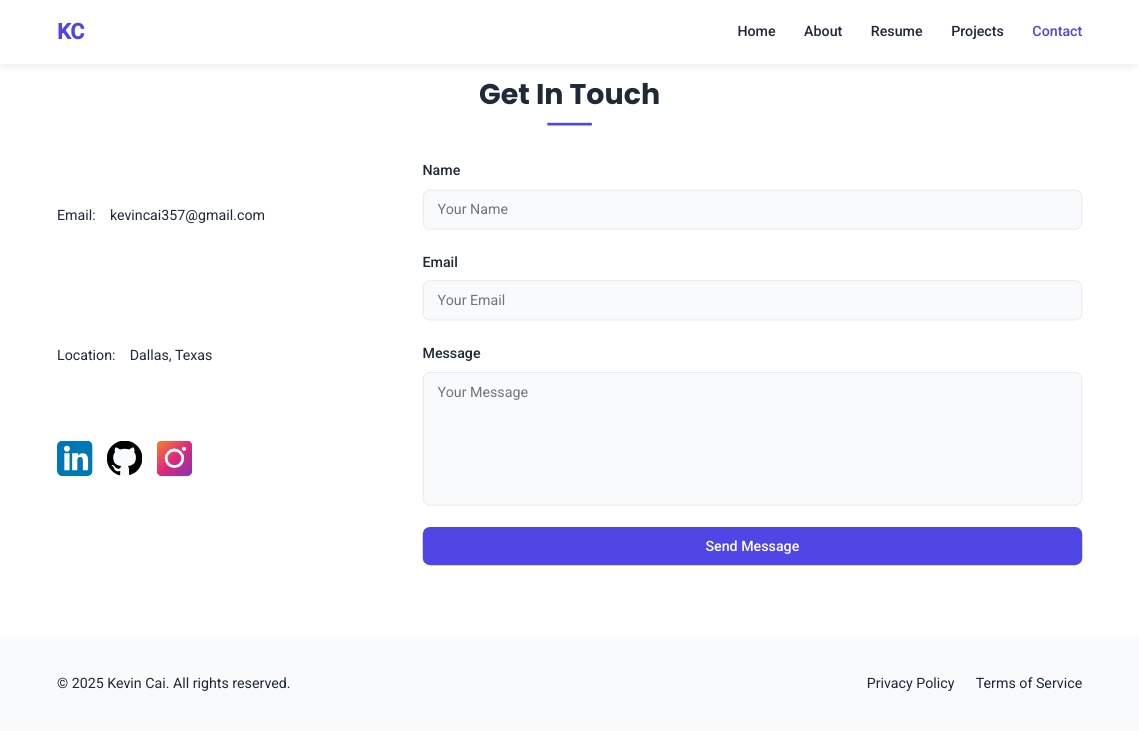
Repository: itskevbo/E-Portfolio
Page: pages/contact.html
An editor plug-in stored every save of this project. The page is shown before and after the next save, followed by the edit.
The browser window is 1280 px wide. The pictures show the whole page, at 89% of full size.

Above is the page before, as saved 2025-04-22 22:53:12.

### pages/contact.html
<!DOCTYPE html>
<html lang="en">
<head>
    <meta charset="UTF-8">
    <meta name="viewport" content="width=device-width, initial-scale=1.0">
    <title>Kevin Cai | Contact</title>
    <meta name="description" content="Get in touch with Kevin Cai">

    <!-- Favicon -->
    <link rel="icon" href="../assets/images/favicon.ico">

    <!-- CSS -->
    <link rel="stylesheet" href="../styles/main.css">

    <!-- Google Fonts -->
    <link rel="preconnect" href="https://fonts.googleapis.com">
    <link rel="preconnect" href="https://fonts.gstatic.com" crossorigin>
    <link href="https://fonts.googleapis.com/css2?family=Poppins:wght@300;400;500;700&family=Roboto:wght@400;500&display=swap" rel="stylesheet">
</head>
<body>
    <!-- Header Component -->
    <header class="header" id="header">
        <div class="container">
            <div class="header__logo">
                <a href="../index.html" class="logo">KC</a>
            </div>

            <nav class="header__nav" id="nav-menu">
                <ul class="header__nav-list">
                    <li class="header__nav-item"><a href="../index.html" class="header__nav-link">Home</a></li>
                    <li class="header__nav-item"><a href="about.html" class="header__nav-link">About</a></li>
                    <li class="header__nav-item"><a href="resume.html" class="header__nav-link">Resume</a></li>
                    <li class="header__nav-item"><a href="projects.html" class="header__nav-link">Projects</a></li>
                    <li class="header__nav-item"><a href="contact.html" class="header__nav-link active">Contact</a></li>
                </ul>

                <div class="header__nav-toggle" id="nav-toggle">
                    <span></span>
                    <span></span>
                    <span></span>
                </div>
            </nav>
        </div>
    </header>

    <main>
        <!-- Contact Section Component -->
        <section class="contact section" id="contact">
            <div class="container">
                <h2 class="section__title">Get In Touch</h2>
                <div class="contact__content">
                    <div class="contact__info">
                        <div class="contact__info-item">
                            <span class="icon">Email:</span>
                            <a href="mailto:kevincai357@gmail.com">kevincai357@gmail.com</a>
                        </div>
                        <div class="contact__info-item">
                            <span class="icon">Location:</span>
                            <span>Dallas, Texas</span>
                        </div>
                        <div class="contact__social">
                            <a href="https://www.linkedin.com/in/kevincai357/" class="contact__social-link" target="_blank">
                                <img src="../assets/icons/linkedin.svg" alt="LinkedIn" class="contact__social-icon">
                            </a>
                            <a href="https://github.com/itskevbo" class="contact__social-link" target="_blank">
                                <img src="../assets/icons/github.svg" alt="GitHub" class="contact__social-icon">
                            </a>
                            <a href="#" class="contact__social-link" target="_blank">
                                <img src="../assets/icons/instagram.svg" alt="Instagram" class="contact__social-icon">
                            </a>
                        </div>
                    </div>
                    <form class="contact__form" id="contact-form">
                        <div class="form-group">
                            <label for="name">Name</label>
                            <input type="text" id="name" name="name" placeholder="Your Name" required>
                        </div>
                        <div class="form-group">
                            <label for="email">Email</label>
                            <input type="email" id="email" name="email" placeholder="Your Email" required>
                        </div>
                        <div class="form-group">
                            <label for="message">Message</label>
                            <textarea id="message" name="message" placeholder="Your Message" required></textarea>
                        </div>
                        <button type="submit" class="btn btn-primary">Send Message</button>
                    </form>
                </div>
            </div>
        </section>
    </main>

    <!-- Footer Component -->
    <footer class="footer">
        <div class="container">
            <div class="footer__content">
                <p>&copy; 2025 Kevin Cai. All rights reserved.</p>
                <div class="footer__links">
                    <a href="#" class="footer__link">Privacy Policy</a>
                    <a href="#" class="footer__link">Terms of Service</a>
                </div>
            </div>
        </div>
    </footer>

    <!-- JS -->
    <script src="../scripts/main.js"></script>
</body>
</html>

### styles/main.css
/*=============== VARIABLES ===============*/
:root {
    /* Colors */
    --primary-color: #4f46e5;
    --primary-color-alt: #2f24a5;
    --secondary-color: #3b82f6;
    --accent-color: #8b5cf6;
    --text-color: #1f2937;
    --text-color-light: #6b7280;
    --body-color: #ffffff;
    --container-color: #f9fafb;
    --border-color: #e5e7eb;
    --success-color: #10b981;
    --error-color: #ef4444;

    /* Typography */
    --body-font: 'Roboto', sans-serif;
    --heading-font: 'Poppins', sans-serif;
    --h1-font-size: 2.5rem;
    --h2-font-size: 2rem;
    --h3-font-size: 1.5rem;
    --normal-font-size: 1rem;
    --small-font-size: 0.875rem;
    --smaller-font-size: 0.75rem;

    /* Font weights */
    --font-light: 300;
    --font-regular: 400;
    --font-medium: 500;
    --font-bold: 700;

    /* Z-index */
    --z-tooltip: 10;
    --z-fixed: 100;

    /* Transitions */
    --transition: all 0.3s ease;
}

/*=============== BASE ===============*/
* {
    margin: 0;
    padding: 0;
    box-sizing: border-box;
}

html {
    scroll-behavior: smooth;
}

body {
    font-family: var(--body-font);
    font-size: var(--normal-font-size);
    color: var(--text-color);
    background-color: var(--body-color);
    line-height: 1.6;
}

h1, h2, h3 {
    font-family: var(--heading-font);
    font-weight: var(--font-bold);
    color: var(--text-color);
}

ul {
    list-style: none;
}

a {
    text-decoration: none;
    color: var(--text-color);
    transition: var(--transition);
}

a:hover {
    color: var(--primary-color);
}

img {
    max-width: 100%;
    height: auto;
}

button,
input,
textarea {
    font-family: var(--body-font);
    font-size: var(--normal-font-size);
    outline: none;
    border: none;
}

button {
    cursor: pointer;
    background: none;
}

/*=============== REUSABLE CLASSES ===============*/
.container {
    max-width: 1200px;
    margin: 0 auto;
    padding: 0 1.5rem;
}

.section {
    padding: 5rem 0;
}

.section__title {
    font-size: var(--h2-font-size);
    text-align: center;
    margin-bottom: 3rem;
    position: relative;
}

.section__title::after {
    content: '';
    position: absolute;
    width: 50px;
    height: 3px;
    background-color: var(--primary-color);
    bottom: -10px;
    left: 50%;
    transform: translateX(-50%);
}

.highlight {
    color: var(--primary-color);
}

.grid {
    display: grid;
    gap: 1.5rem;
}

/*=============== BUTTONS ===============*/
.btn {
    display: inline-flex;
    align-items: center;
    justify-content: center;
    padding: 0.75rem 1.5rem;
    border-radius: 0.5rem;
    font-weight: var(--font-medium);
    transition: var(--transition);
}

.btn-primary {
    background-color: var(--primary-color);
    color: white;
}

.btn-primary:hover {
    background-color: var(--primary-color-alt);
    color: white;
}

.btn-outline {
    border: 2px solid var(--primary-color);
    color: var(--primary-color);
}

.btn-outline:hover {
    background-color: var(--primary-color);
    color: white;
}

/*=============== HEADER & NAV ===============*/
.header {
    position: fixed;
    top: 0;
    left: 0;
    width: 100%;
    background-color: var(--body-color);
    box-shadow: 0 2px 10px rgba(0, 0, 0, 0.1);
    z-index: var(--z-fixed);
}

.header .container {
    display: flex;
    align-items: center;
    justify-content: space-between;
    height: 4.5rem;
}

.header__logo .logo {
    font-size: 1.5rem;
    font-weight: var(--font-bold);
    color: var(--primary-color);
}

.header__nav {
    display: flex;
    align-items: center;
}

.header__nav-list {
    display: flex;
    gap: 2rem;
}

.header__nav-link {
    font-weight: var(--font-medium);
}

.header__nav-link.active {
    color: var(--primary-color);
}

.header__nav-toggle {
    display: none;
    flex-direction: column;
    gap: 5px;
    cursor: pointer;
}

.header__nav-toggle span {
    width: 25px;
    height: 2px;
    background-color: var(--text-color);
    transition: var(--transition);
}

/*=============== HERO ===============*/
.hero {
    min-height: 100vh;
    display: flex;
    align-items: center;
    padding-top: 4.5rem;
}

.hero .container {
    display: grid;
    grid-template-columns: 1fr 1fr;
    align-items: center;
    gap: 2.5rem;
}

.hero__title {
    font-size: var(--h1-font-size);
    margin-bottom: 1rem;
}

.hero__subtitle {
    font-size: var(--h3-font-size);
    color: var(--primary-color);
    margin-bottom: 1.5rem;
}

.hero__description {
    margin-bottom: 2rem;
    max-width: 400px;
}

.hero__actions {
    display: flex;
    gap: 1rem;
}

.hero__image-placeholder {
    background-color: var(--border-color);
    border-radius: 1rem;
    height: 400px;
    width: 100%;
}

/*=============== ABOUT ===============*/
.about__content {
    display: grid;
    grid-template-columns: 1fr 1fr;
    gap: 2.5rem;
    align-items: center;
}

.about__text p {
    margin-bottom: 1.5rem;
}

.about__image-placeholder {
    background-color: var(--border-color);
    border-radius: 1rem;
    height: 400px;
    width: 100%;
}

/*=============== PROJECTS ===============*/
.projects__filter {
    display: flex;
    justify-content: center;
    flex-wrap: wrap;
    gap: 1rem;
    margin-bottom: 2rem;
}

.projects__filter-btn {
    padding: 0.5rem 1.5rem;
    border-radius: 0.5rem;
    color: var(--text-color);
    font-weight: var(--font-medium);
    transition: var(--transition);
}

.projects__filter-btn:hover,
.projects__filter-btn.active {
    background-color: var(--primary-color);
    color: white;
}

.projects__grid {
    display: grid;
    grid-template-columns: repeat(auto-fill, minmax(280px, 1fr));
    gap: 2rem;
}

.project-card {
    background-color: var(--container-color);
    border-radius: 1rem;
    overflow: hidden;
    box-shadow: 0 4px 15px rgba(0, 0, 0, 0.1);
    transition: var(--transition);
}

.project-card:hover {
    transform: translateY(-10px);
    box-shadow: 0 10px 25px rgba(0, 0, 0, 0.2);
}

.project-card__image-placeholder {
    background-color: var(--border-color);
    height: 200px;
    width: 100%;
}

.project-card__content {
    padding: 1.5rem;
}

.project-card__title {
    margin-bottom: 0.75rem;
}

.project-card__description {
    color: var(--text-color-light);
    margin-bottom: 1rem;
}

.project-card__tags {
    display: flex;
    flex-wrap: wrap;
    gap: 0.5rem;
    margin-bottom: 1rem;
}

.tag {
    background-color: rgba(79, 70, 229, 0.1);
    color: var(--primary-color);
    padding: 0.25rem 0.75rem;
    border-radius: 0.5rem;
    font-size: var(--small-font-size);
}

.project-card__links {
    display: flex;
    gap: 1rem;
}

.project-card__link {
    color: var(--text-color-light);
}

.project-card__link:hover {
    color: var(--primary-color);
}

/*=============== SKILLS ===============*/
.skills__content {
    display: grid;
    grid-template-columns: repeat(auto-fit, minmax(300px, 1fr));
    gap: 2rem;
}

.skills__category-title {
    margin-bottom: 1.5rem;
    position: relative;
    display: inline-block;
    padding-left: 1rem;
}

.skills__category-title::before {
    content: '';
    position: absolute;
    width: 3px;
    height: 100%;
    background-color: var(--primary-color);
    left: 0;
    top: 0;
}

.skills__list {
    display: grid;
    gap: 1rem;
}

.skill-item {
    display: grid;
    gap: 0.5rem;
}

.skill-item__name {
    display: flex;
    justify-content: space-between;
}

.skill-item__bar {
    width: 100%;
    height: 8px;
    background-color: var(--border-color);
    border-radius: 1rem;
    overflow: hidden;
}

.skill-item__progress {
    height: 100%;
    background-color: var(--primary-color);
    border-radius: 1rem;
}

/*=============== CONTACT ===============*/
.contact__content {
    display: grid;
    grid-template-columns: 1fr 2fr;
    gap: 2.5rem;
}

.contact__info {
    display: grid;
    gap: 2rem;
}

.contact__info-item {
    display: flex;
    align-items: center;
    gap: 1rem;
}

.contact__social {
    display: flex;
    gap: 1rem;
}

.contact__social-link {
    display: flex;
    align-items: center;
    justify-content: center;
    width: 40px;
    height: 40px;
    border-radius: 50%;
    background-color: var(--container-color);
    color: var(--text-color);
    transition: var(--transition);
}

.contact__social-link:hover {
    background-color: var(--primary-color);
    color: white;
}

.contact__form {
    display: grid;
    gap: 1.5rem;
}

.form-group {
    display: grid;
    gap: 0.5rem;
}

.form-group label {
    font-weight: var(--font-medium);
}

.form-group input,
.form-group textarea {
    width: 100%;
    padding: 0.75rem 1rem;
    border: 1px solid var(--border-color);
    border-radius: 0.5rem;
    background-color: var(--container-color);
    transition: var(--transition);
}

.form-group input:focus,
.form-group textarea:focus {
    border-color: var(--primary-color);
}

.form-group textarea {
    height: 150px;
    resize: none;
}

/*=============== FOOTER ===============*/
.footer {
    background-color: var(--container-color);
    padding: 2.5rem 0;
}

.footer__content {
    display: flex;
    justify-content: space-between;
    align-items: center;
}

.footer__links {
    display: flex;
    gap: 1.5rem;
}

/*=============== MEDIA QUERIES ===============*/
/* For medium devices */
@media screen and (max-width: 968px) {
    :root {
        --h1-font-size: 2.25rem;
        --h2-font-size: 1.75rem;
        --h3-font-size: 1.25rem;
    }

    .hero .container,
    .about__content {
        grid-template-columns: 1fr;
    }

    .hero__image {
        grid-row: 1;
    }

    .contact__content {
        grid-template-columns: 1fr;
    }
}

/* For small devices */
@media screen and (max-width: 768px) {
    .header__nav-list {
        position: fixed;
        top: 4.5rem;
        right: -100%;
        background-color: var(--body-color);
        width: 80%;
        height: 100vh;
        flex-direction: column;
        align-items: center;
        justify-content: center;
        padding: 3rem 0;
        box-shadow: -5px 0 15px rgba(0, 0, 0, 0.1);
        transition: var(--transition);
    }

    .header__nav-list.show-menu {
        right: 0;
    }

    .header__nav-toggle {
        display: flex;
    }

    .header__nav-toggle.active span:nth-child(1) {
        transform: rotate(45deg) translate(5px, 5px);
    }

    .header__nav-toggle.active span:nth-child(2) {
        opacity: 0;
    }

    .header__nav-toggle.active span:nth-child(3) {
        transform: rotate(-45deg) translate(5px, -5px);
    }

    .footer__content {
        flex-direction: column;
        gap: 1rem;
    }
}

/* For smaller devices */
@media screen and (max-width: 350px) {
    :root {
        --h1-font-size: 2rem;
        --h2-font-size: 1.5rem;
        --h3-font-size: 1.25rem;
    }

    .container {
        padding: 0 1rem;
    }

    .hero__actions {
        flex-direction: column;
        width: 100%;
    }

    .hero__actions .btn {
        width: 100%;
        text-align: center;
    }

    .projects__filter {
        flex-direction: column;
        width: 100%;
    }
}

Loaded but not shown: assets/icons/github.svg (3 lines, source omitted); assets/icons/instagram.svg (10 lines, source omitted); assets/icons/linkedin.svg (4 lines, source omitted); scripts/main.js (180 lines, source omitted)

After the next save:
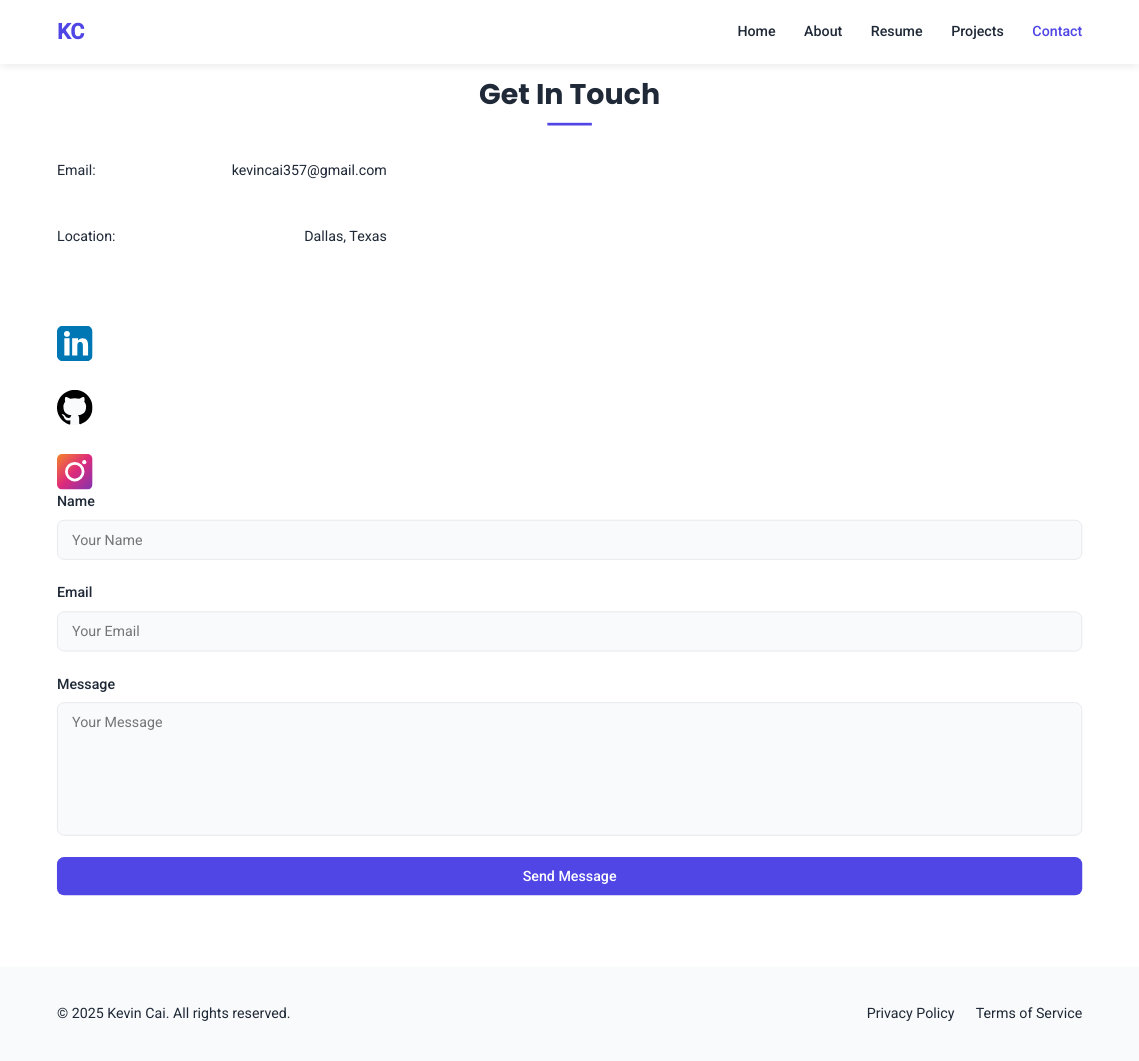
Saved 2 min 23 s later.
--- a/pages/contact.html
+++ b/pages/contact.html
@@ -50,15 +50,15 @@
                 <h2 class="section__title">Get In Touch</h2>
                 <div class="contact__content">
                     <div class="contact__info">
-                        <div class="contact__info-item">
+                        <div class="contact__info-item" style="display: flex; justify-content: space-between; align-items: center; margin-bottom: 1rem;">
                             <span class="icon">Email:</span>
                             <a href="mailto:kevincai357@gmail.com">kevincai357@gmail.com</a>
                         </div>
-                        <div class="contact__info-item">
+                        <div class="contact__info-item" style="display: flex; justify-content: space-between; align-items: center;">
                             <span class="icon">Location:</span>
                             <span>Dallas, Texas</span>
                         </div>
-                        <div class="contact__social">
+                        <div class="contact__social" style="margin-top: 1.5rem;"></div>
                             <a href="https://www.linkedin.com/in/kevincai357/" class="contact__social-link" target="_blank">
                                 <img src="../assets/icons/linkedin.svg" alt="LinkedIn" class="contact__social-icon">
                             </a>

After the save that followed:
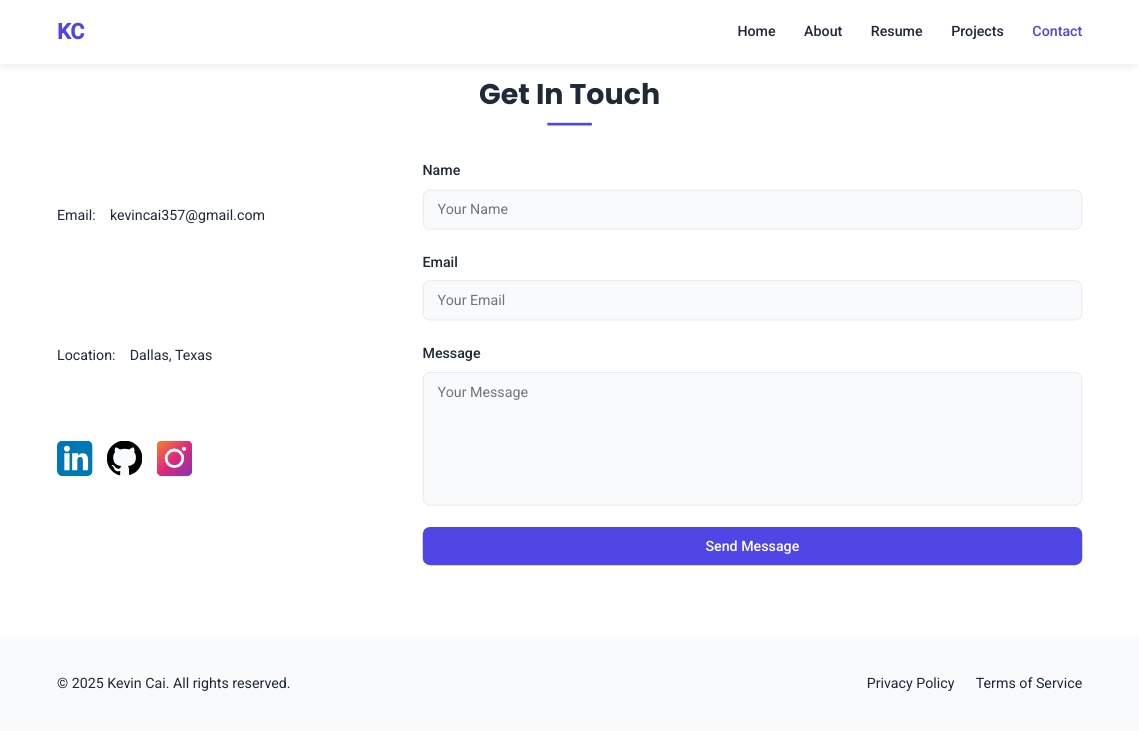
Saved 21 s later.
--- a/pages/contact.html
+++ b/pages/contact.html
@@ -50,15 +50,15 @@
                 <h2 class="section__title">Get In Touch</h2>
                 <div class="contact__content">
                     <div class="contact__info">
-                        <div class="contact__info-item" style="display: flex; justify-content: space-between; align-items: center; margin-bottom: 1rem;">
+                        <div class="contact__info-item">
                             <span class="icon">Email:</span>
                             <a href="mailto:kevincai357@gmail.com">kevincai357@gmail.com</a>
                         </div>
-                        <div class="contact__info-item" style="display: flex; justify-content: space-between; align-items: center;">
+                        <div class="contact__info-item">
                             <span class="icon">Location:</span>
                             <span>Dallas, Texas</span>
                         </div>
-                        <div class="contact__social" style="margin-top: 1.5rem;"></div>
+                        <div class="contact__social">
                             <a href="https://www.linkedin.com/in/kevincai357/" class="contact__social-link" target="_blank">
                                 <img src="../assets/icons/linkedin.svg" alt="LinkedIn" class="contact__social-icon">
                             </a>
